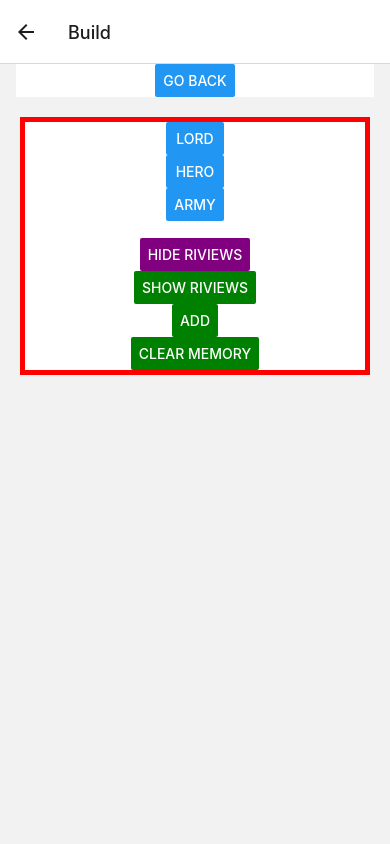
Repository: LingyuLiu11/mobile_app
Screen: /Build, after clicking the first element matching `div.r-paddingBottom-97e31f > button`
These files come from the project's save history. The screen is drawn as it stood at one moment and after a run of saves; the edit follows.
The app was drawn by React Native's web renderer in a window 390 px wide. The project was rebuilt for these pictures with package versions that can differ from the ones it lists, and the page was loaded fresh each time. Also part of the build but not shown: components/Reviews.js.

Above is the screen before, as saved 2021-10-25 00:39:25.

After the next 3 saves:
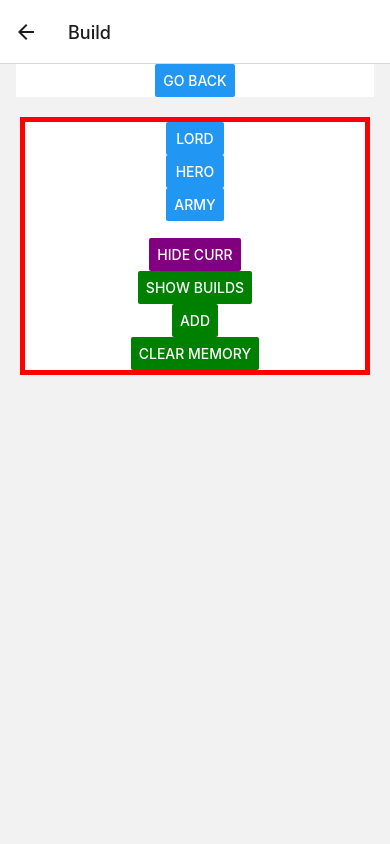
The 3 saves are shown as one change because they came seconds apart.
The last was saved 9 s later.
--- a/components/Builds.js
+++ b/components/Builds.js
@@ -27,7 +27,7 @@ const Builds = () => {
   }
 
   let currView = "";
-  if (debugging) {
+  if (curr) {
     currView =
       <View>
 
@@ -124,13 +124,13 @@ const Builds = () => {
           />
           <Separator />
           <Button
-                  title={(currlooking?'hide':'show')+" Riviews" }
+                  title={(currlooking?'hide':'show')+" Curr" }
                   color="purple"
                   onPress = {() => setCurrlooking(!currlooking)}
                   />
           <currView/>
       <Button
-                  title={(debugging?'hide':'show')+" Riviews" }
+                  title={(debugging?'hide':'show')+" Builds" }
                   color="green"
                   onPress = {() => setDebugging(!debugging)}
                   />
